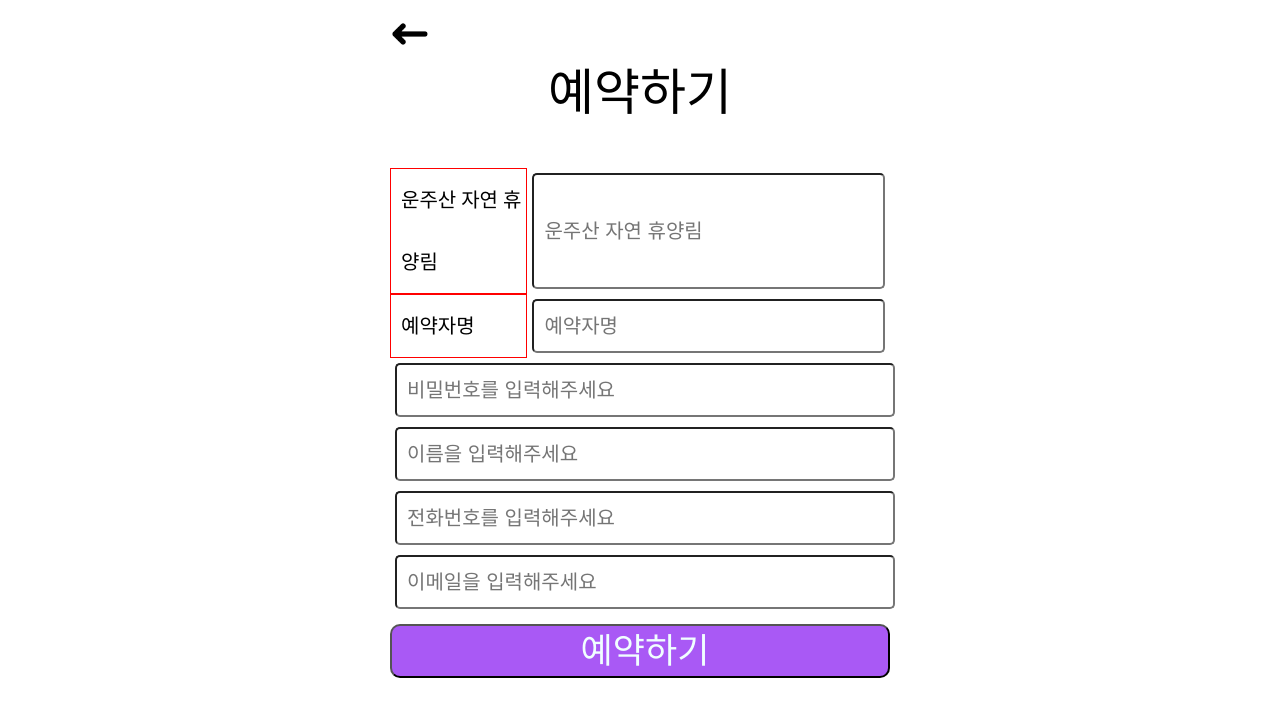
Repository: jaehunjeong4103/WebProject
Page: http://localhost/Web/view/reservation/reservation
These files come from the project's save history. The page is drawn as it stood at one moment and after the next save; the edit follows.
The browser window is 1280 px wide. The pictures show the whole page.
Some web fonts or font styles are not loaded; a fallback is used. The page is served by Tomcat 9. Other server files are loaded and not shown.

Above is the page before, as saved 2023-06-06 01:28:52.

### Web/src/main/webapp/WEB-INF/view/reservation/reservation.jsp
<%@ page language="java" contentType="text/html; charset=EUC-KR"
    pageEncoding="EUC-KR"%>
<!DOCTYPE html>
<html>
<head>
	<link rel="preconnect" href="https://fonts.googleapis.com">
	<link rel="preconnect" href="https://fonts.gstatic.com" crossorigin="crossorigin">
	<link href="https://fonts.googleapis.com/css2?family=Gowun+Dodum&family=Song+Myung&display=swap" rel="stylesheet">
	<link href="../../css/register.css?after" type="text/css" rel="stylesheet" />
	<link href="../../css/reservation.css?after" type="text/css" rel="stylesheet" />
	<meta charset="UTF-8">
<title>Insert title here</title>
</head>
<body>
	<header>
		<div id="arrow_body">
			<button onclick="history.back()"><image src="../../images/direction-arrow.png" alt="화살표" id="arrow"/></button>
		<div id="title">예약하기</div>
	</header>
	<div id="reservation_body">
		<form action="reservation" method="post">
			<section>
				<div class="input">
					<span>운주산 자연 휴양림</span>
					<input type="text" placeholder="운주산 자연 휴양림" class="input_text id" name="ID" value="${chkId}" readonly>
				</div>
				<div class="input">
					<span>예약자명</span>
					<input type="text" placeholder="예약자명" class="input_text id" name="ID" value="${chkId}" readonly>
				</div>

				<input type="text" placeholder="비밀번호를 입력해주세요" class="input_text password" name="PASSWORD" readonly>
			  <input type="text" placeholder="이름을 입력해주세요" class="input_text name" name="NAME" readonly>
				<input type="text" placeholder="전화번호를 입력해주세요" class="input_text phone" name="PHONE" readonly>
				<input type="text" placeholder="이메일을 입력해주세요" class="input_text email" name="EMAIL" readonly>
		    <input type="submit" value="예약하기" class="button">
			</section>
		</form>
	</div>
</body>
</html>

### Web/src/main/java/controller/reservation/Reservation_controller.java
package controller.reservation;

import java.io.IOException;

import javax.servlet.ServletException;
import javax.servlet.annotation.WebServlet;
import javax.servlet.http.HttpServlet;
import javax.servlet.http.HttpServletRequest;
import javax.servlet.http.HttpServletResponse;

@WebServlet("/view/reservation/reservation")
public class Reservation_controller extends HttpServlet{
	@Override
	protected void doGet(HttpServletRequest request, HttpServletResponse response) throws ServletException, IOException {
		request.getRequestDispatcher("/WEB-INF/view/reservation/reservation.jsp").forward(request, response);
	}

	@Override
	protected void doPost(HttpServletRequest request, HttpServletResponse response) throws ServletException, IOException {
		request.getRequestDispatcher("/WEB-INF/view/reservation/reservation.jsp").forward(request, response);
	}
}

### Web/src/main/webapp/css/register.css
@charset "UTF-8";
* {padding: 0; margin: 0;}

button {border-width: 0;}

body {
	width: 500px;
	margin: auto;
	position: relative;
}

a#id_check {
	position: absolute;
	top: 191px;
	right: 10px;
}

img#arrow {
	width: 40px;
	height: 40px;
	position: absolute;
	transform: rotate(180deg);
}

div#title {
	font-size: 50px;
	text-align: center;
	line-height: 150px;
}

#section {
	margin-bottom: 20px;
	display: flex;
	flex-direction: row;
	justify-content: space-between;
}

label {
	width: 50%;
	font-size: 30px;
	line-height: 50px;
	text-align: center;
	color: gray;
	margin-left: 10px;
	margin-right: 20px;
}

input#male{
	margin-left: 20px;
}

input#male, input#female {
	position: relative;
	top: -4.5px;
}

.input_text {
	width: 100%;
	font-size: 20px;
	line-height: 50px;
	border-radius: 5px;
	padding-left: 10px;
	box-sizing: border-box;
	margin: 5px;
}

.button {
	width: 100%;
	margin: auto;
	margin-top: 10px;
	background-color: rgb(169, 89, 245);
	border-radius: 10px;
	text-align: center;
	font-size: 35px;
	color: azure;
	line-height: 50px;
	padding-left: 10px;
	box-sizing: border-box;
}

#register_button:disabled input type:submit{
	background-color: gray;
}

button:hover {cursor: pointer;}

.button:hover {cursor: pointer;}
.button:disabled {background-color: gray; color: white;}

a {
	color: black; text-decoration-line: none;
}

### Web/src/main/webapp/css/reservation.css
@charset "UTF-8";

* {margin: 0; padding: 0;}

div#reservation {
	width: 824px;
  margin: auto;
  border: 1px solid yellow;
  margin-top: 10px;
}

div#date_count {
	width: 784px;
	margin: auto;
	display: flex;
	flex-direction: row;
	justify-content: space-between;
	font-size: 20px;
}

div#date {
	width: 600px;
}

div#count {
	width: 200px;
	display: flex;
	flex-direction: row;
	justify-content: space-between;
	margin-bottom: 10px;
}

#room_box {
	width: 784px;
	margin: auto;
	margin-top: 10px;
	margin-bottom: 10px;
	border: 1px solid rgb(128, 0, 255);
	display: flex;
	flex-direction: column;
}

#room_list_head{
	width: 784px;
	height: 40px;
	margin: auto;
	display: flex;
	flex-direction: row;
	flex-wrap: nowrap;
	justify-content: space-between;
}

#room_list{
	width: 784px;
	margin: auto;
	display: flex;
	flex-direction: row;
	flex-wrap: wrap;
	justify-content: space-between;
}

#room_list_head div {
	font-size: 20px;
	text-align: center;
	line-height: 40px;
	border: 1px solid gray;
}

#room_list div {
	padding: 5px;
	font-size: 15px;
	border: 1px solid gray;
}

.room_name {
	width: 120px;
}
.room_max {
	width: 100px;
}
.room_price {
	width: 120px;
}
.room_facilities {
	width: 360px;
}
.room_reservation {
	width: 84px;
}

a.reserbation {
	color: black;
}

#room_list .room_name {
	text-align: center;
}

#room_list .room_max {
	text-align: center;
}

#room_list .room_reservation {
	text-align: center;
}

#reservation_body {
	width: 500px;
	margin: auto;
	position: relative;
}

#reservation_body span {
	width: 180px;
	font-size: 20px;
	padding-left: 10px;
	line-height: 62px;
	border: 1px solid red;
}

.input {
	display: flex;
	flex-direction: row;
	flex-wrap: nowrap;
}

After the next save:
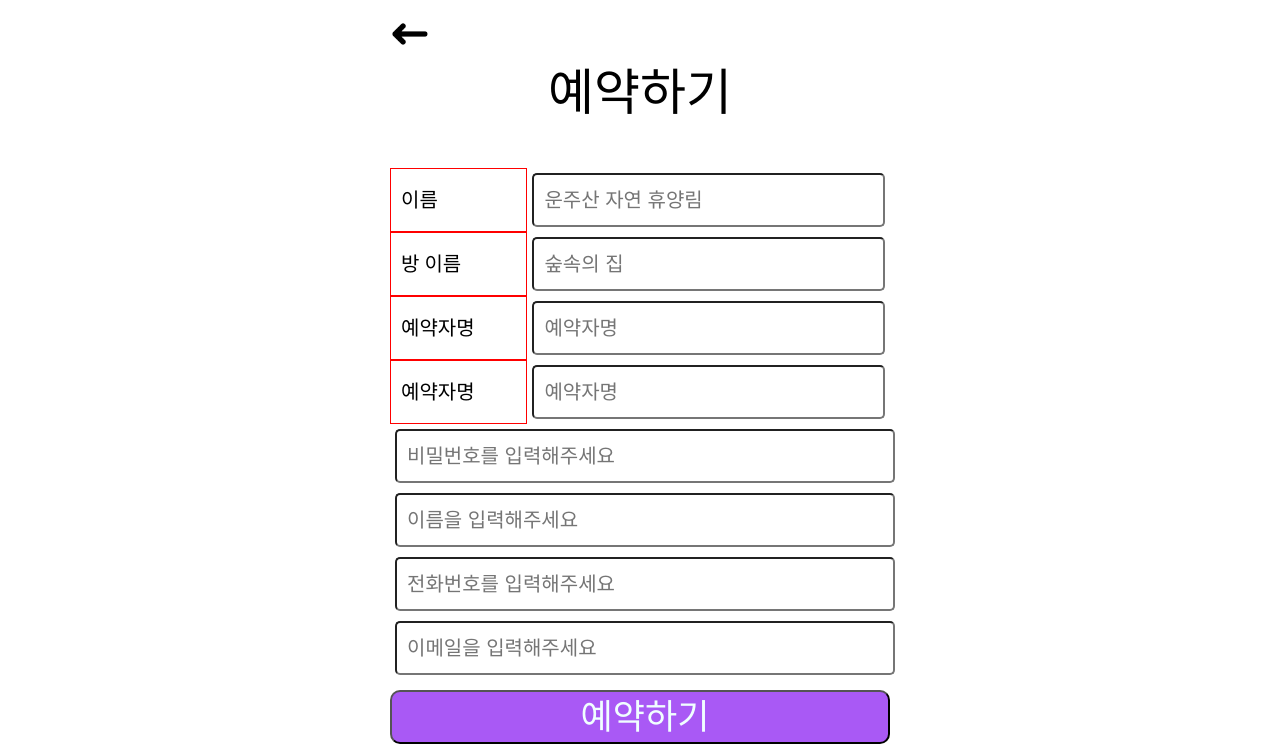
Saved 64 s later.
--- a/Web/src/main/webapp/WEB-INF/view/reservation/reservation.jsp
+++ b/Web/src/main/webapp/WEB-INF/view/reservation/reservation.jsp
@@ -21,8 +21,16 @@
 		<form action="reservation" method="post">
 			<section>
 				<div class="input">
-					<span>운주산 자연 휴양림</span>
+					<span>이름</span>
 					<input type="text" placeholder="운주산 자연 휴양림" class="input_text id" name="ID" value="${chkId}" readonly>
+				</div>
+				<div class="input">
+					<span>방 이름</span>
+					<input type="text" placeholder="숲속의 집" class="input_text id" name="ID" value="${chkId}" readonly>
+				</div>
+				<div class="input">
+					<span>예약자명</span>
+					<input type="text" placeholder="예약자명" class="input_text id" name="ID" value="${chkId}" readonly>
 				</div>
 				<div class="input">
 					<span>예약자명</span>
